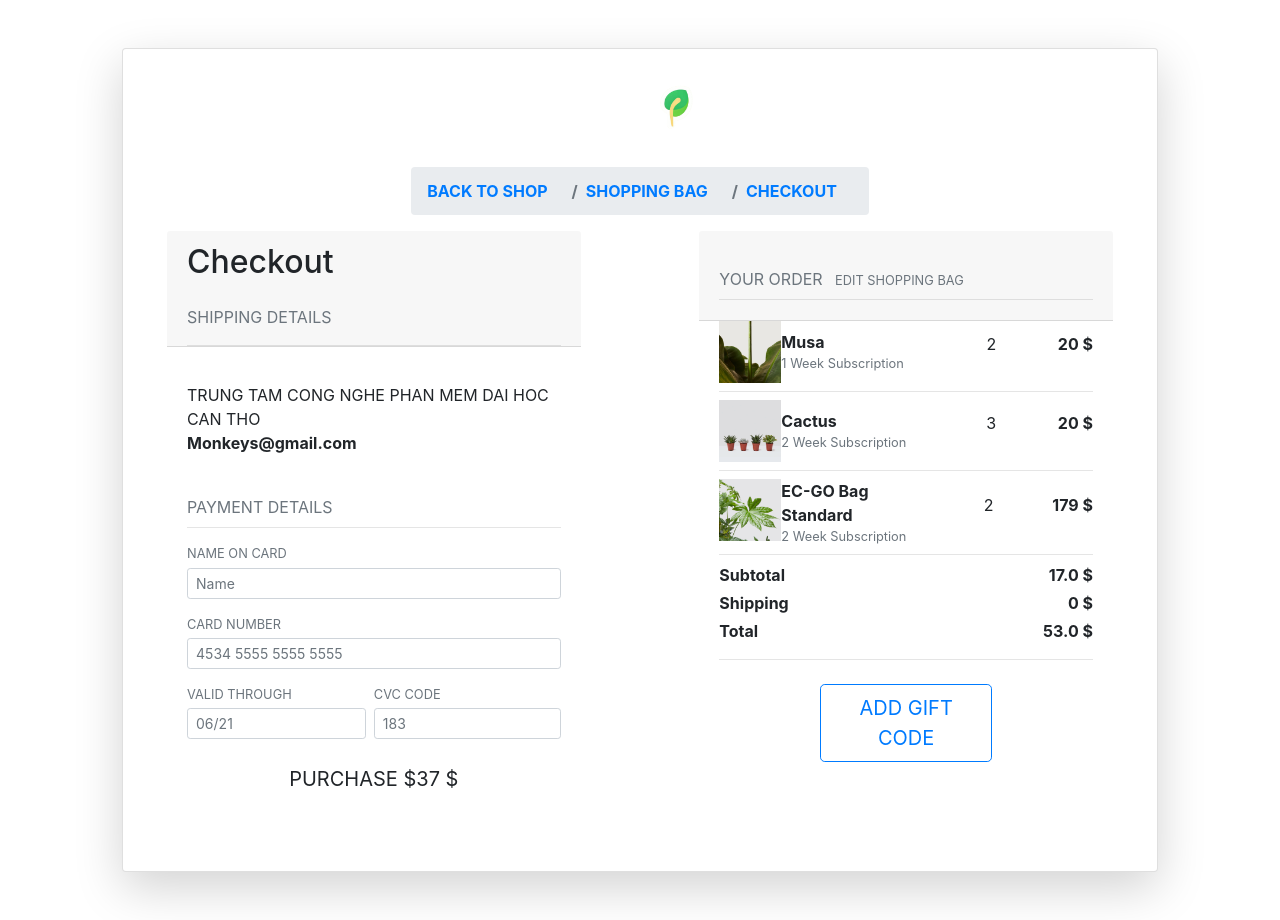
Repository: phamminhkhoa2k4/TechWiz-PlantPalace
Page: views/cart.html
The author's editor kept a copy of each file at every save. The page is drawn from the files as they stood at one save, then again after the next save.
The browser window is 1280 px wide. The pictures show the whole page.

Above is the page before, as saved 2023-08-12 18:22:06.

After the next save:
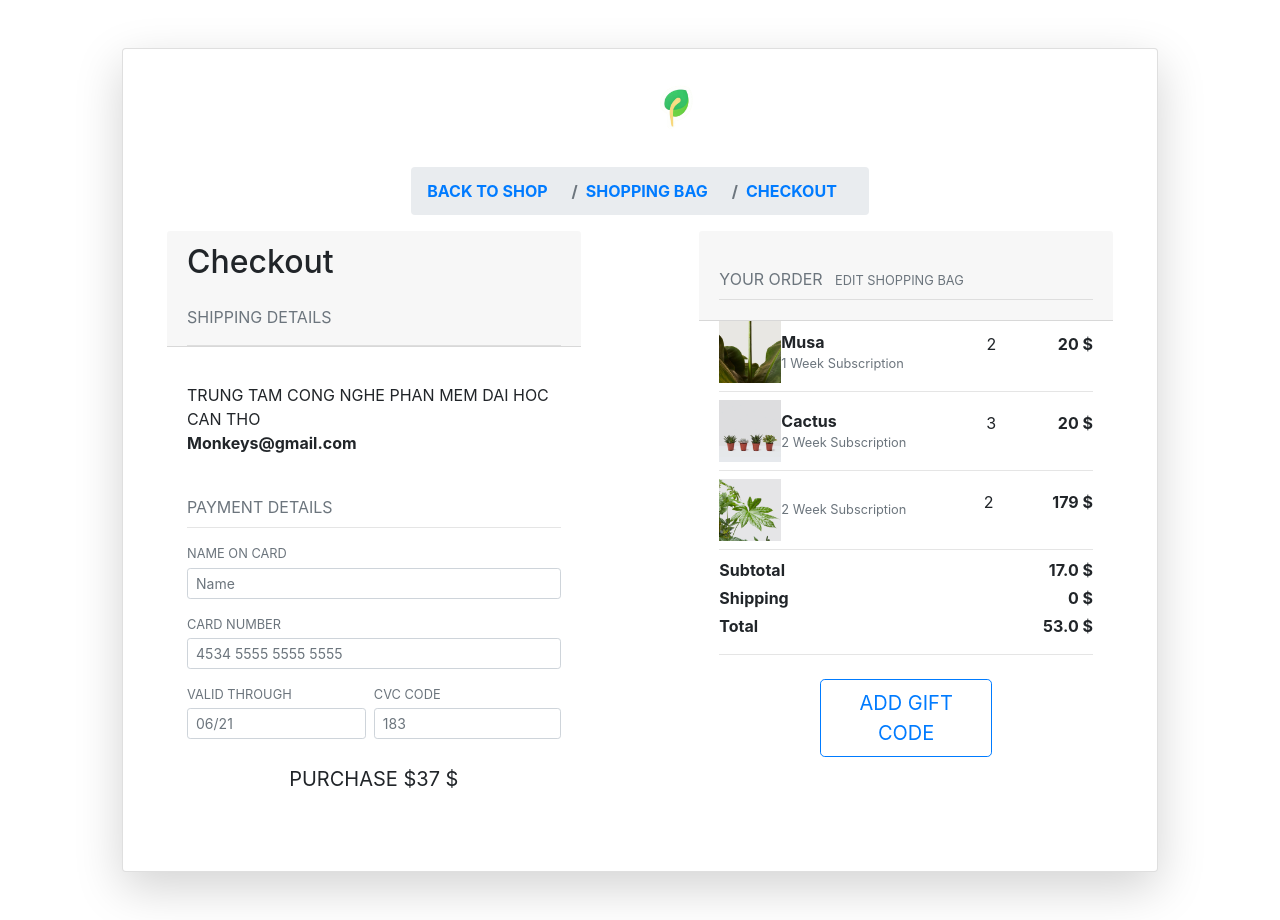
Saved 10 s later.
--- a/views/cart.html
+++ b/views/cart.html
@@ -119,7 +119,7 @@
                                             <img class=" img-fluid " src="../assets/img/vsz8hzjwhyc89t35nnul.png" width="62" height="62">
                                             <div class="media-body  my-auto">
                                                 <div class="row ">
-                                                    <div class="col"><p class="mb-0"><b>EC-GO Bag Standard</b></p><small class="text-muted">2 Week Subscription</small></div>
+                                                    <div class="col"><p class="mb-0"><b></b></p><small class="text-muted">2 Week Subscription</small></div>
                                                 </div>
                                             </div>
                                         </div>
